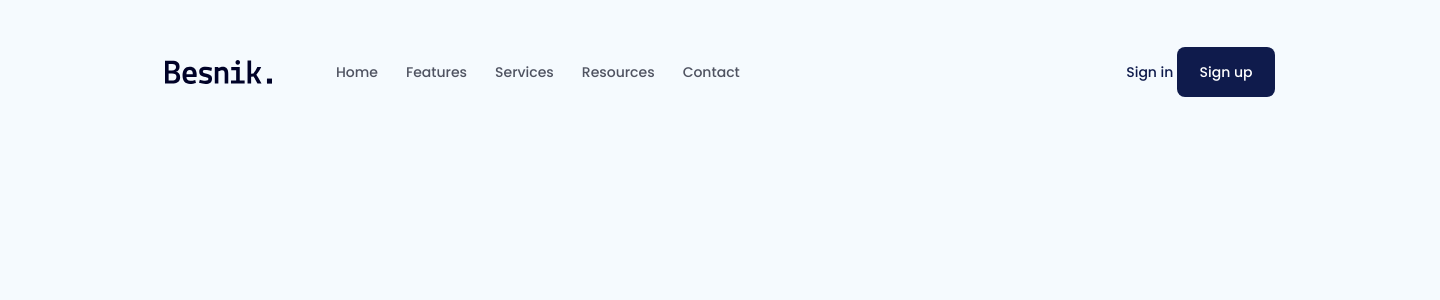
Repository: Tctiensk/f8-htmlcss-01
Page: index.html
An editor plug-in stored every save of this project. The page is shown before and after the next save, followed by the edit.
The browser window is 1280 px wide. The page is 1440 px wide, so the pictures cover 1440 px, including what lies to the right of the window. The pictures show the whole page.

Above is the page before, as saved 2022-11-29 15:47:38.

### index.html
<!DOCTYPE html>
<html lang="en">
    <head>
        <meta charset="UTF-8" />
        <meta http-equiv="X-UA-Compatible" content="IE=edge" />
        <meta name="viewport" content="width=device-width, initial-scale=1.0" />
        <title>F8 PROJECT 01</title>
        <link rel="stylesheet" href="./assets/css/reset.css" />
        <link rel="stylesheet" href="./assets/fonts/stylesheet.css" />
        <link rel="stylesheet" href="./assets/css/style.css" />
    </head>

    <body>
        <main>
            <!-- header -->
            <header class="header">
                <div class="content">
                    <nav class="navbar">
                        <!-- logo -->
                        <img src="./assets/img/Logo.svg" alt="Besnik." />
                        <!-- navigation -->
                        <ul>
                            <li><a href="#!">Home</a></li>
                            <li><a href="#!">Features</a></li>
                            <li><a href="#!">Services</a></li>
                            <li><a href="#!">Resources</a></li>
                            <li><a href="#!">Contact</a></li>
                        </ul>

                        <!-- action -->
                        <div class="action">
                            <a href="" class="action-link">Sign in </a>
                            <a href="" class="btn action-btn">Sign up </a>
                        </div>
                    </nav>
                </div>
            </header>
        </main>
    </body>
</html>

### assets/fonts/stylesheet.css
@font-face {
    font-family: "Poppins";
    src: url("Poppins/Poppins-BoldItalic.woff2") format("woff2"),
        url("Poppins/Poppins-BoldItalic.woff") format("woff");
    font-weight: bold;
    font-style: italic;
    font-display: swap;
}

@font-face {
    font-family: "Poppins";
    src: url("Poppins/Poppins-ExtraBold.woff2") format("woff2"),
        url("Poppins/Poppins-ExtraBold.woff") format("woff");
    font-weight: bold;
    font-style: normal;
    font-display: swap;
}

@font-face {
    font-family: "Poppins";
    src: url("Poppins/Poppins-BlackItalic.woff2") format("woff2"),
        url("Poppins/Poppins-BlackItalic.woff") format("woff");
    font-weight: 900;
    font-style: italic;
    font-display: swap;
}

@font-face {
    font-family: "Poppins";
    src: url("Poppins/Poppins-ExtraBoldItalic.woff2") format("woff2"),
        url("Poppins/Poppins-ExtraBoldItalic.woff") format("woff");
    font-weight: bold;
    font-style: italic;
    font-display: swap;
}

@font-face {
    font-family: "Poppins";
    src: url("Poppins/Poppins-Bold.woff2") format("woff2"),
        url("Poppins/Poppins-Bold.woff") format("woff");
    font-weight: bold;
    font-style: normal;
    font-display: swap;
}

@font-face {
    font-family: "Poppins";
    src: url("Poppins/Poppins-Black.woff2") format("woff2"),
        url("Poppins/Poppins-Black.woff") format("woff");
    font-weight: 900;
    font-style: normal;
    font-display: swap;
}

@font-face {
    font-family: "Poppins";
    src: url("Poppins/Poppins-LightItalic.woff2") format("woff2"),
        url("Poppins/Poppins-LightItalic.woff") format("woff");
    font-weight: 300;
    font-style: italic;
    font-display: swap;
}

@font-face {
    font-family: "Poppins";
    src: url("Poppins/Poppins-Medium.woff2") format("woff2"),
        url("Poppins/Poppins-Medium.woff") format("woff");
    font-weight: 500;
    font-style: normal;
    font-display: swap;
}

@font-face {
    font-family: "Poppins";
    src: url("Poppins/Poppins-ExtraLightItalic.woff2") format("woff2"),
        url("Poppins/Poppins-ExtraLightItalic.woff") format("woff");
    font-weight: 200;
    font-style: italic;
    font-display: swap;
}

@font-face {
    font-family: "Poppins";
    src: url("Poppins/Poppins-Italic.woff2") format("woff2"),
        url("Poppins/Poppins-Italic.woff") format("woff");
    font-weight: normal;
    font-style: italic;
    font-display: swap;
}

@font-face {
    font-family: "Poppins";
    src: url("Poppins/Poppins-Light.woff2") format("woff2"),
        url("Poppins/Poppins-Light.woff") format("woff");
    font-weight: 300;
    font-style: normal;
    font-display: swap;
}

@font-face {
    font-family: "Poppins";
    src: url("Poppins/Poppins-ExtraLight.woff2") format("woff2"),
        url("Poppins/Poppins-ExtraLight.woff") format("woff");
    font-weight: 200;
    font-style: normal;
    font-display: swap;
}

@font-face {
    font-family: "Poppins";
    src: url("Poppins/Poppins-SemiBoldItalic.woff2") format("woff2"),
        url("Poppins/Poppins-SemiBoldItalic.woff") format("woff");
    font-weight: 600;
    font-style: italic;
    font-display: swap;
}

@font-face {
    font-family: "Poppins";
    src: url("Poppins/Poppins-Regular.woff2") format("woff2"),
        url("Poppins/Poppins-Regular.woff") format("woff");
    font-weight: normal;
    font-style: normal;
    font-display: swap;
}

@font-face {
    font-family: "Poppins";
    src: url("Poppins/Poppins-ThinItalic.woff2") format("woff2"),
        url("Poppins/Poppins-ThinItalic.woff") format("woff");
    font-weight: 100;
    font-style: italic;
    font-display: swap;
}
@font-face {
    font-family: "Poppins";
    src: url("Poppins/Poppins-MediumItalic.woff2") format("woff2"),
        url("Poppins/Poppins-MediumItalic.woff") format("woff");
    font-weight: 500;
    font-style: italic;
    font-display: swap;
}

@font-face {
    font-family: "Poppins";
    src: url("Poppins/Poppins-SemiBold.woff2") format("woff2"),
        url("Poppins/Poppins-SemiBold.woff") format("woff");
    font-weight: 600;
    font-style: normal;
    font-display: swap;
}

@font-face {
    font-family: "Poppins";
    src: url("Poppins/Poppins-Thin.woff2") format("woff2"),
        url("Poppins/Poppins-Thin.woff") format("woff");
    font-weight: 100;
    font-style: normal;
    font-display: swap;
}

### assets/css/style.css
* {
    box-sizing: border-box;
}

html {
    font-size: 62.5%;
}
body {
    font-size: 1.6rem;
    font-family: "Poppins", sans-serif;
}
/* common */
a {
    text-decoration: none;
}
.content {
    width: 1110px;
    margin-left: auto;
    margin-right: auto;
}
/* header */
.header {
    width: 1440px;
    height: 100vh;
    background-color: #f5fafe;
}
.navbar {
    display: flex;
    align-items: center;
    padding-top: 47px;
}
.navbar ul {
    display: flex;
    margin-left: 50px;
}
.navbar .action {
    margin-left: auto;
}
.navbar ul a {
    font-weight: 500;
    font-size: 1.4rem;
    line-height: 21px;
    color: #4f5361;
    padding: 8px 1.4rem;
}
.navbar .action-link {
    font-weight: 500;
    font-size: 1.4rem;
    line-height: 21px;
    color: #0f1b4c;
}
.btn {
    display: inline-block;
    min-width: 98px;
    padding: 18px 16px;
    background: #0f1b4c;
    border-radius: 8px;
    font-weight: 500;
    font-size: 1.4rem;
    text-align: center;
    color: #ffffff;
}
.btn .action-btn {
    padding: 13px 16px;
}

Loaded but not shown: assets/css/reset.css (common file)

After the next save:
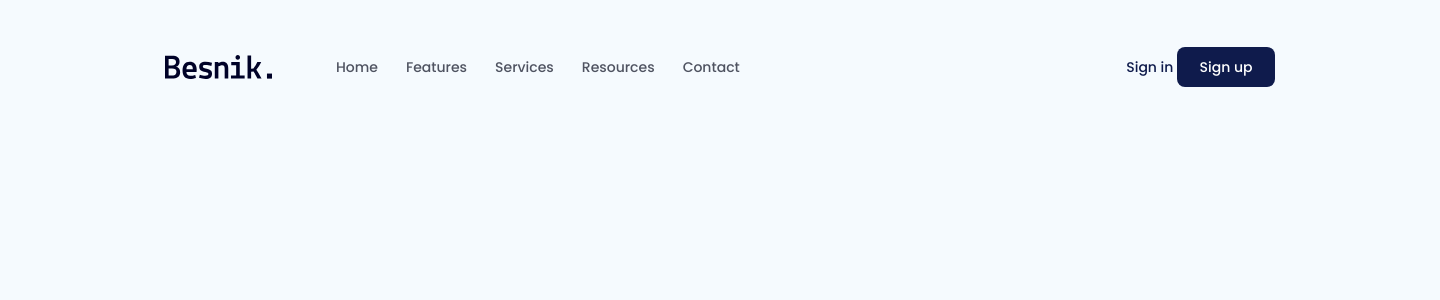
Saved 30 s later.
--- a/assets/css/style.css
+++ b/assets/css/style.css
@@ -60,6 +60,6 @@
     text-align: center;
     color: #ffffff;
 }
-.btn .action-btn {
+.action-btn {
     padding: 13px 16px;
 }
